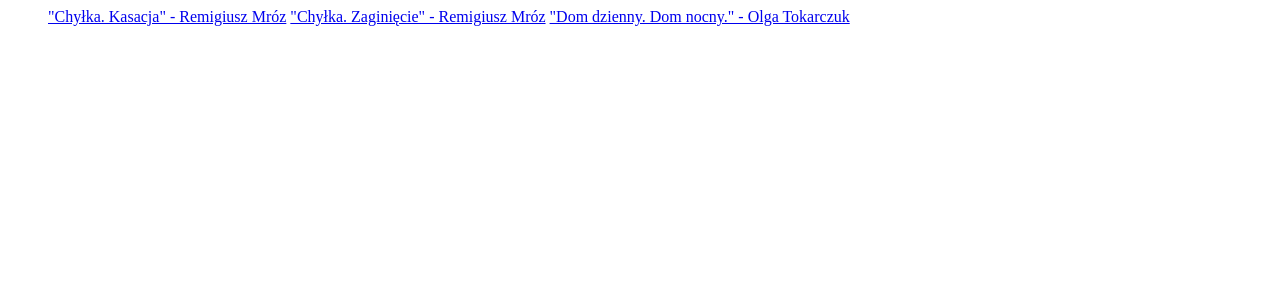
Repository: ninjapolski2/library_test_sys
Page: http://localhost/library/
The author's editor kept a copy of each file at every save. The page is drawn from the files as they stood at one save, then again after a run of saves.
The browser window is 1280 px wide. The pictures show the whole page.
The page is served by the project's application, run on Django 3.2 (manage.py). Other server files are loaded and not shown. The page reads the database file committed with the project.

Above is the page before, as saved 2021-08-22 13:14:52.

### library/templates/index.html
{% if books_list %}
    <ul>
        {% for book in books_list %}
            <a href="{% url 'library:detail' book.id %}"> {{book.title}} - {{book.author}}</a>
        {% endfor %}
    </ul>
{% else %}
    <h1>Brak dostępnych książek do wypożyczenia.</h1>
{% endif %}

### library/models.py
from django.db import models
from django.utils import timezone
# Create your models here.
class Book(models.Model):
    title = models.CharField(max_length=150)
    author = models.CharField(max_length=100)
    description = models.TextField(max_length=2000)
    identificator = models.CharField(max_length=12)

    def __str__(self):
        return self.author+": "+self.title

class Place(models.Model):
    identificator_of_the_book = models.ForeignKey(Book, on_delete=models.CASCADE)
    shelf_identificator = models.CharField("pokój|dział/półka", max_length=15)
    filia = models.IntegerField("filia")
    address = models.TextField("adres", max_length=1000)
    availability = models.BooleanField('dostępność', default=True)

    def __str__(self):
        return f"{self.identificator_of_the_book}"

    def is_available(self):
        return availability == True

### library/views.py
from django.shortcuts import render, get_object_or_404
from django.views import generic
from .models import Book, Place
from django.http import HttpResponse
from . import views

class IndexViewList(generic.ListView):
    template_name = "index.html"
    context_object_name = "books_list"

    def get_queryset(request):
        return Book.objects.all()

class BookInfoDetailView(generic.DetailView):
    model = Book
    template_name = "detail.html"

class BookABookResultsView(generic.DetailView):
    model = Book
    template_name = "book-a-book-results.html"

def book_a_book(request, identificator):
    book = get_object_or_404(Book, identificator)
    selected_book = book.place_set.get(pk=request.GET['place'])
    selected_book.available = False
    selected_book.save()
    return HttpResponse(reverse("library:book-a-book-results", args=(book.identificator,)))

### library_system/urls.py
"""library_system URL Configuration

The `urlpatterns` list routes URLs to views. For more information please see:
    https://docs.djangoproject.com/en/3.2/topics/http/urls/
Examples:
Function views
    1. Add an import:  from my_app import views
    2. Add a URL to urlpatterns:  path('', views.home, name='home')
Class-based views
    1. Add an import:  from other_app.views import Home
    2. Add a URL to urlpatterns:  path('', Home.as_view(), name='home')
Including another URLconf
    1. Import the include() function: from django.urls import include, path
    2. Add a URL to urlpatterns:  path('blog/', include('blog.urls'))
"""
from django.contrib import admin
from django.urls import path, include

urlpatterns = [
    path('library/', include("library.urls")),
    path('admin/', admin.site.urls),
]

### library/urls.py
from django.urls import path
from . import views
from .models import Book, Place

app_name = "library"
urlpatterns = [
    path("", views.IndexViewList.as_view(), name="index"),
    path("<str:identificator>/", views.BookInfoDetailView.as_view(), name="detail"),
    path("<str:identificator>/book-a-book/", views.book_a_book, name="book-a-book"),
    path("<str:identificator>/book-a-book/results/", views.BookABookResultsView.as_view(), name="book-a-book-results-view"),

]

### db.sqlite3 (the tables this page reads, as SQL)
CREATE TABLE "library_book" ("id" integer NOT NULL PRIMARY KEY AUTOINCREMENT, "title" varchar(150) NOT NULL, "author" varchar(100) NOT NULL, "description" text NOT NULL, "identificator" varchar(12) NOT NULL);
INSERT INTO "library_book" VALUES
(1, '"Chyłka. Kasacja"', 'Remigiusz Mróz', '', ''),
(2, '"Chyłka. Zaginięcie"', 'Remigiusz Mróz', '', ''),
(3, '"Dom dzienny. Dom nocny."', 'Olga Tokarczuk', '', '');

After the next 2 saves:
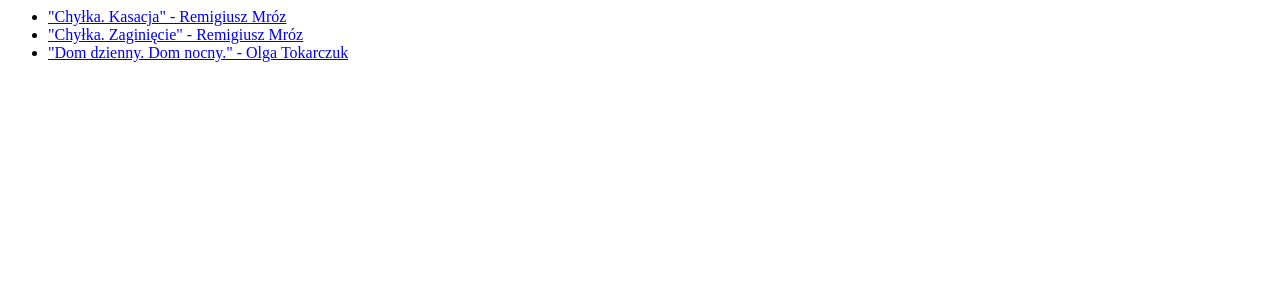
The 2 saves are shown as one change because they came seconds apart.
The last was saved 7 s later.
--- a/library/templates/index.html
+++ b/library/templates/index.html
@@ -1,7 +1,7 @@
 {% if books_list %}
     <ul>
         {% for book in books_list %}
-            <a href="{% url 'library:detail' book.id %}"> {{book.title}} - {{book.author}}</a>
+            <li><a href="{% url 'library:detail' book.id %}"> {{book.title}} - {{book.author}}</a>
         {% endfor %}
     </ul>
 {% else %}
